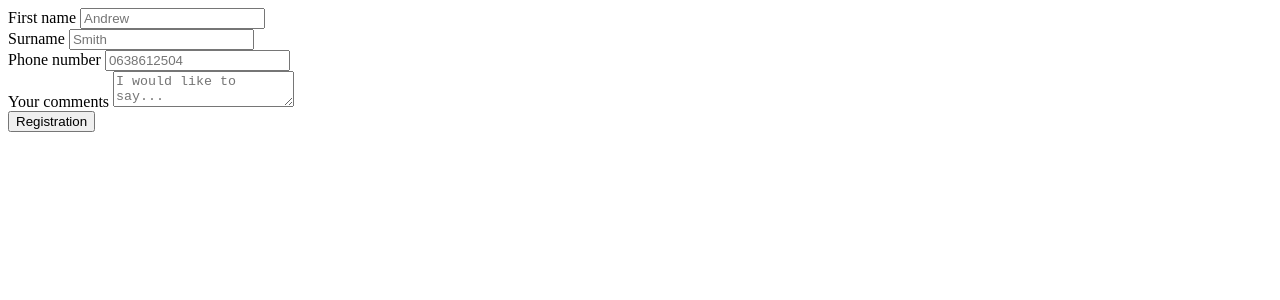
Repository: demadima/Web-appJava
Page: http://localhost/simpleweb/theme/template-part/create.jsp
The author's editor kept a copy of each file at every save. The page is drawn from the files as they stood at one save, then again after the next save.
The browser window is 1280 px wide. The pictures show the whole page.
The page is served by Tomcat 9.

Above is the page before, as saved 2019-12-19 07:40:54.

After the next save:
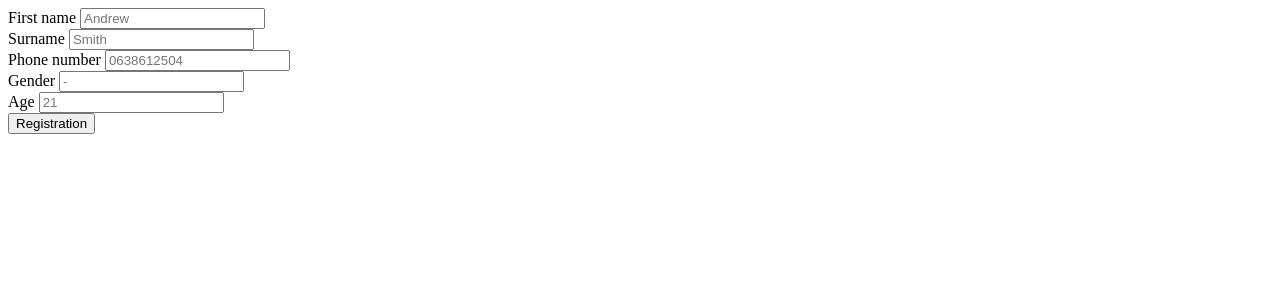
Saved 85 s later.
--- a/simpleweb/simpleweb/src/main/webapp/theme/template-part/create.jsp
+++ b/simpleweb/simpleweb/src/main/webapp/theme/template-part/create.jsp
@@ -20,14 +20,21 @@
                 <input required type="tel" name="phone"
                        placeholder="0638612504">
             </div>
+            <div class="feedback__input">
+                <label for="">
+                    Gender
+                </label>
+                <input required type="text" name="surname"
+                       placeholder="-">
+            </div>
+            <div class="feedback__input">
+                <label for="">
+                    Age
+                </label>
+                <input required type="tel" name="phone"
+                       placeholder="21">
+            </div>
     </div>
-        <div class="feedback__textarea">
-            <label for="">
-                Your comments
-            </label>
-            <textarea required name="form_message"
-                      placeholder="I would like to say..."></textarea>
-        </div>
     <div class="form__bottom">
             <button type="submit" class="feedback__btn orange-btn">
                 Registration
